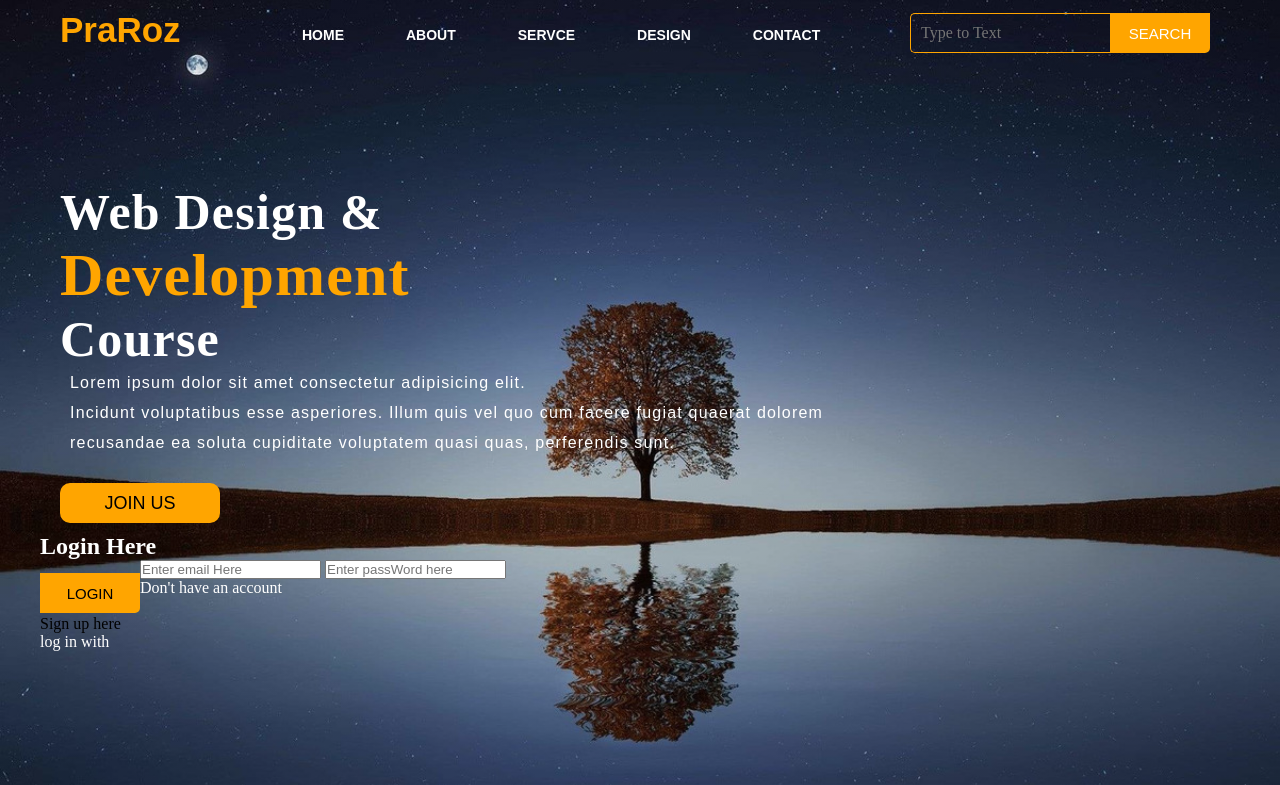
Repository: HuynhDuc23/project3
Page: index.html
These files come from the project's save history. The page is drawn as it stood at one moment and after the next save; the edit follows.
The browser window is 1280 px wide. The pictures show the whole page.

Above is the page before, as saved 2023-05-04 15:40:50.

After the next save:
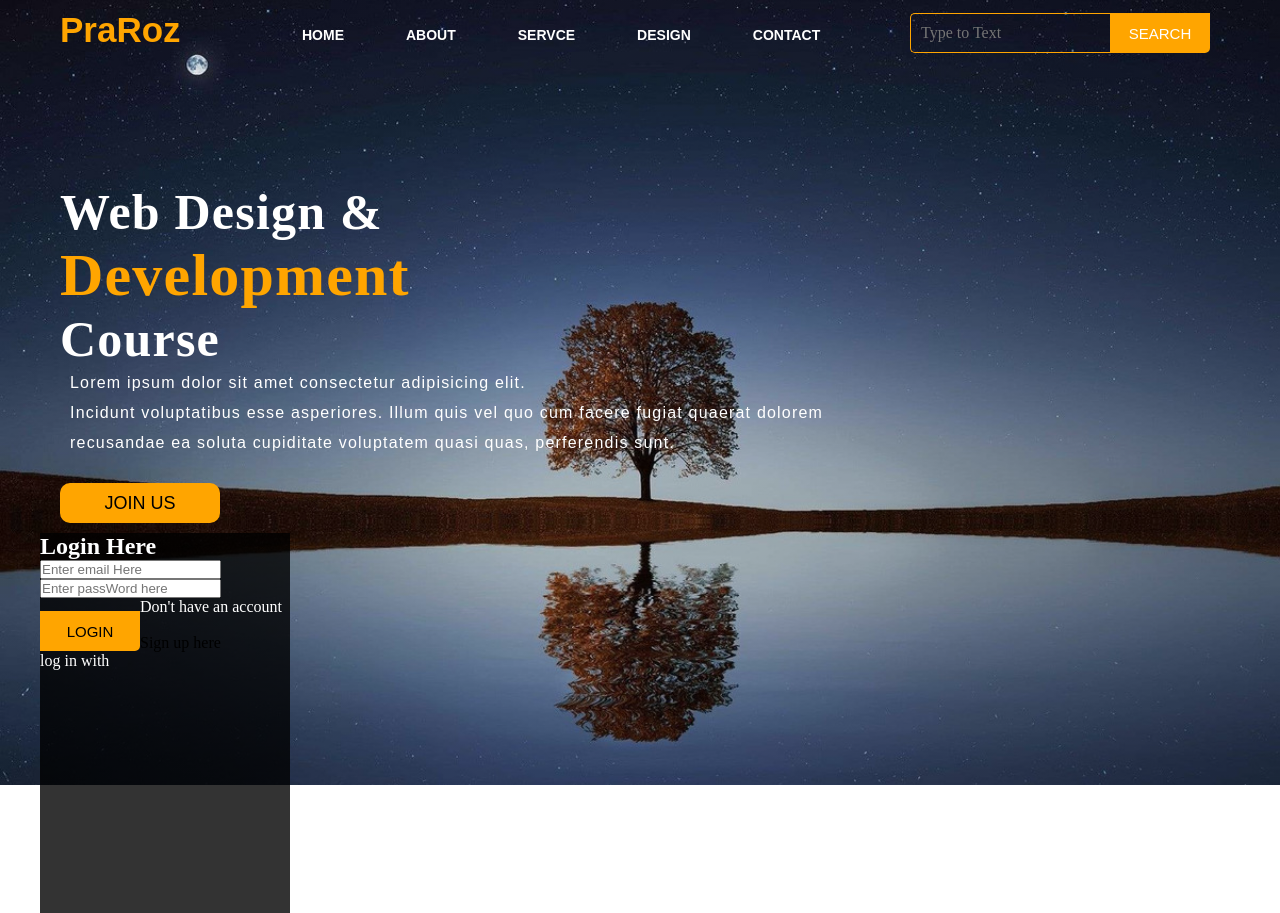
Saved 2 min 2 s later.
--- a/style.css
+++ b/style.css
@@ -151,3 +151,10 @@ ul li a:hover {
     font-size: 60px;
     font-weight: bold;
 }
+.form {
+    width: 250px;
+    height: 380px;
+    background: linear-gradient(to top , rgba(0,0,0,0.8)50% ,rgba(0,0,0,0.8)50% );
+    position: absolute;
+
+}
